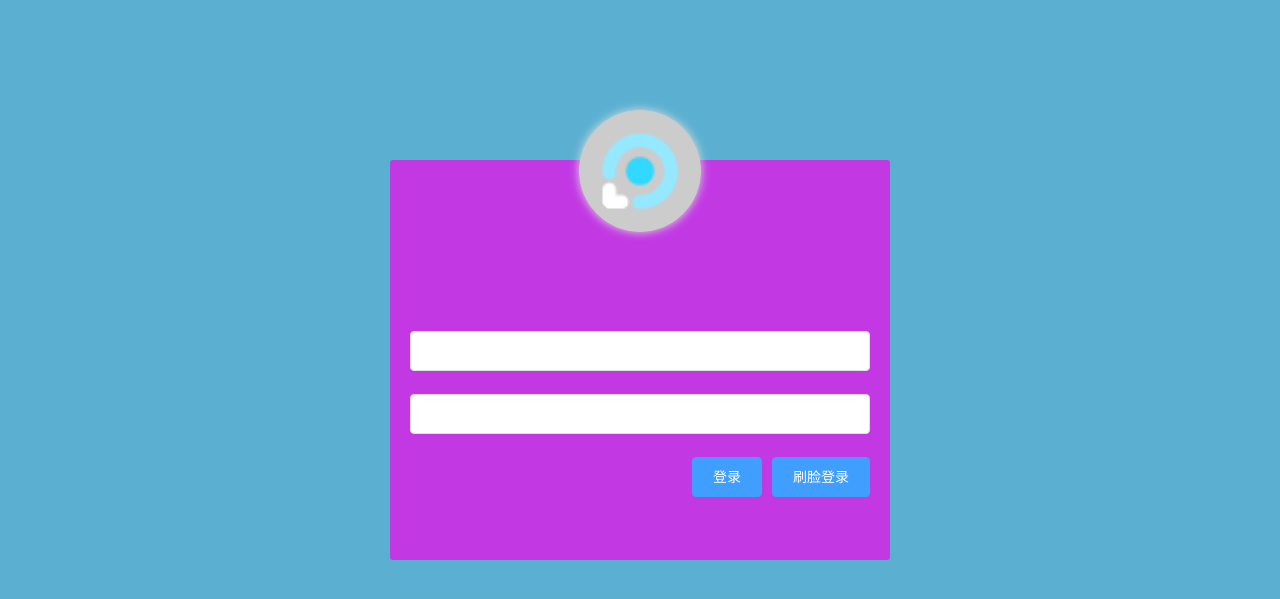
Repository: yuanquan-art/vue-cli
Page: /
These files come from the project's save history. The page is drawn as it stood at one moment and after the next save; the edit follows.
The browser window is 1280 px wide. The pictures show the whole page.
The project was rebuilt for these pictures with package versions that can differ from the ones it lists, and the page was loaded fresh each time. Also part of the build but not shown: vue.config.js, src/components/Face/Face.vue, src/components/Home.vue, src/components/user.vue, src/components/showAddUser.vue, src/components/showAddDept.vue, src/components/showUpdateDept.vue, src/components/showAddJob.vue and 10 more. Imported but missing from the stored project, and not drawn on this page: src/components/showUpdateUser.vue.

Above is the page before, as saved 2020-10-17 10:42:10.

After the next save:
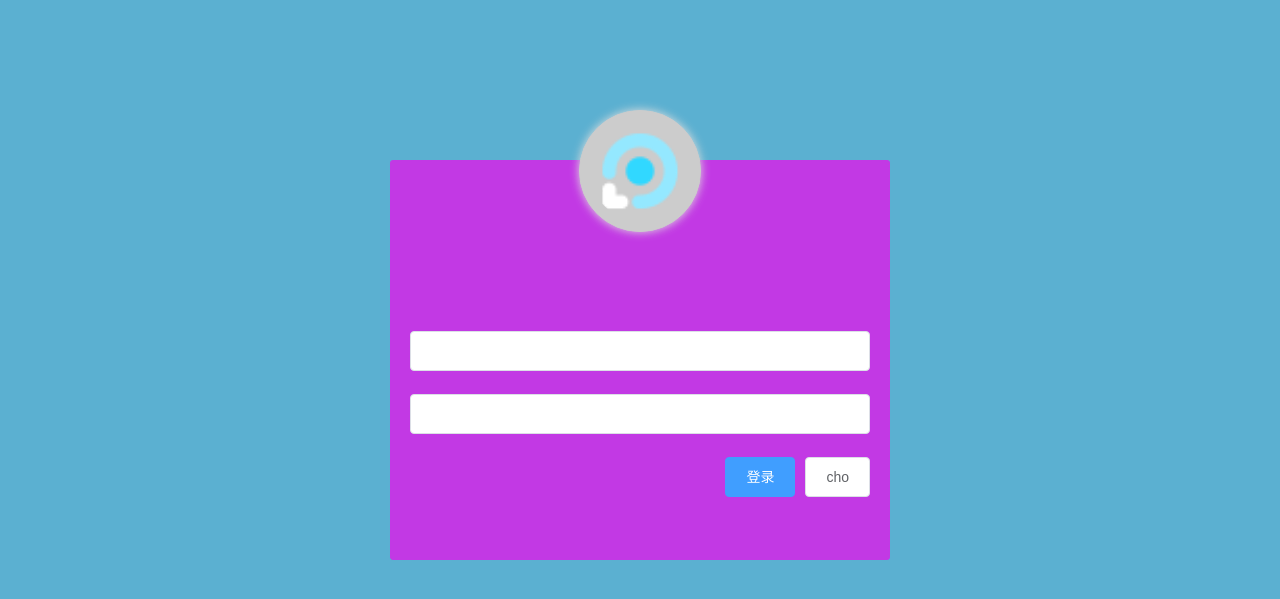
Saved 3 min 21 s later.
--- a/src/components/Login.vue
+++ b/src/components/Login.vue
@@ -19,7 +19,7 @@
                   <!-- 登录 -->
                   <el-button type="primary" @click="login">登录</el-button>
                   <!-- 刷脸登录 -->
-                  <el-button type="primary" @click="FaceLogin">刷脸登录</el-button>
+                  <el-button  @click="FaceLogin">cho</el-button>
               </el-form-item>
            </el-form>
         </div>
@@ -51,9 +51,6 @@ export default {
     },
     methods: {
         //点击重置按钮，重置登录表单
-      FaceLogin () {
-          this.$router.push('/face')
-        },
        async login () {
         // 表单预验证
         // this.$refs.loginFormRef.validate(async valid => {
